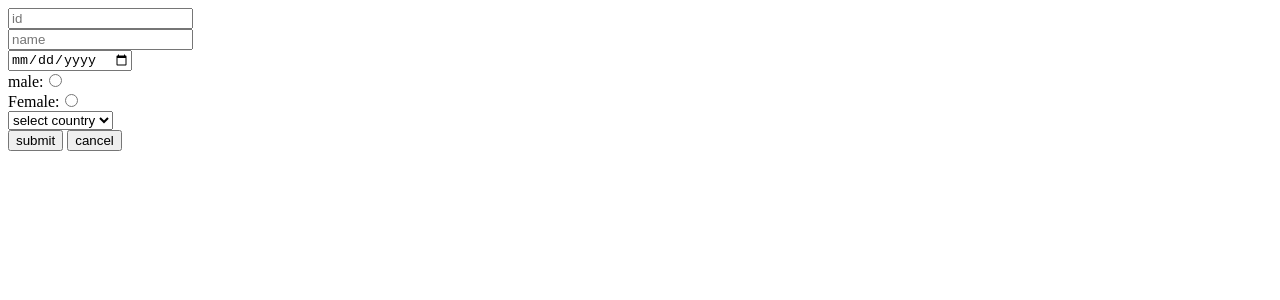
Repository: Rakshita811/wednesday
Page: project3.jsp/src/main/webapp/File1.html
The author's editor kept a copy of each file at every save. The page is drawn from the files as they stood at one save, then again after the next save.
The browser window is 1280 px wide. The pictures show the whole page.

Above is the page before, as saved 2023-02-09 12:40:26.

### project3.jsp/src/main/webapp/File1.html
<!DOCTYPE html>
<html>
<head>
<meta charset="ISO-8859-1">
<title>Insert title here</title>
</head>
<body>
<form action="xyz" method="post">
<input type="text" name="empid" placeholder="id"><br>
<input type="text" name="empname" placeholder="name"><br>
<input type="date" name="dob"><br>
male:<input type="radio" name="gender"><br>
Female:<input type="radio" name="gender"><br>
<select name="country">
<option>select country</option>
<option>India</option>
<option>Australia</option>
<option>Korea</option>
</select> <br>
<button>submit</button>
<button>cancel</button>
</form>
</body>
</html>

After the next save:
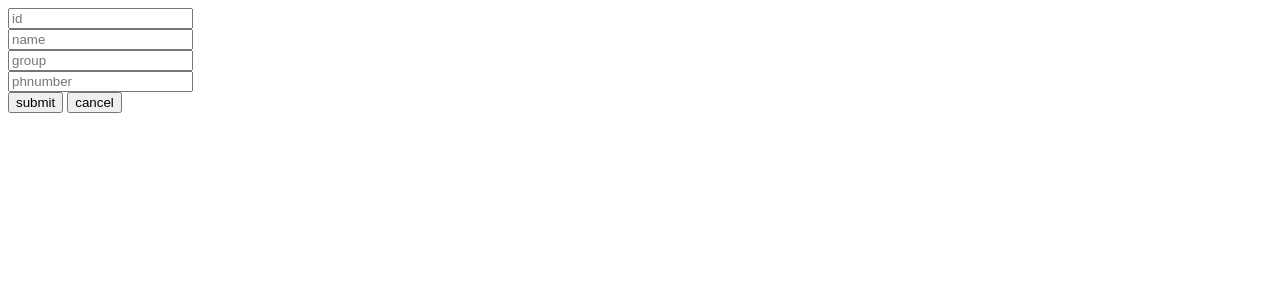
Saved 22 min 0 s later.
--- a/project3.jsp/src/main/webapp/File1.html
+++ b/project3.jsp/src/main/webapp/File1.html
@@ -6,17 +6,10 @@
 </head>
 <body>
 <form action="xyz" method="post">
-<input type="text" name="empid" placeholder="id"><br>
-<input type="text" name="empname" placeholder="name"><br>
-<input type="date" name="dob"><br>
-male:<input type="radio" name="gender"><br>
-Female:<input type="radio" name="gender"><br>
-<select name="country">
-<option>select country</option>
-<option>India</option>
-<option>Australia</option>
-<option>Korea</option>
-</select> <br>
+<input type="text" name="id" placeholder="id"><br>
+<input type="text" name="name" placeholder="name"><br>
+<input type="text" name="bloodgroup" placeholder="group"><br>
+<input type="text" name="phnumber" placeholder="phnumber"><br>
 <button>submit</button>
 <button>cancel</button>
 </form>
